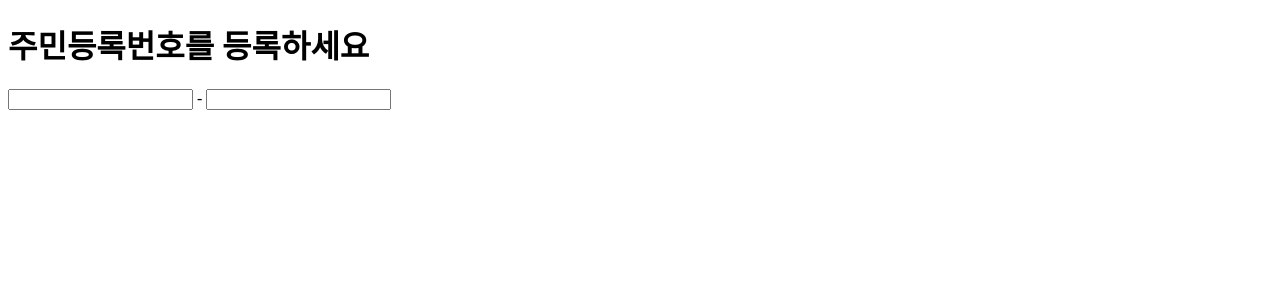
Repository: Jamikidu/newJsp
Page: http://localhost/jspProj/redirectExam/input.jsp
An editor plug-in stored every save of this project. The page is shown before and after the next save, followed by the edit.
The browser window is 1280 px wide. The pictures show the whole page.
The page is served by Tomcat 9. Other server files are loaded and not shown.

Above is the page before, as saved 2023-08-02 02:11:01.

### jspProj/src/main/webapp/redirectExam/input.jsp
<%@ page language="java" contentType="text/html; charset=UTF-8"
    pageEncoding="UTF-8"%>
<!DOCTYPE html>
<html>
<head>
<meta charset="UTF-8">
<title>주민등록번호</title>
</head>
<body>
<h1>주민등록번호를 등록하세요</h1>
<form action="output.jsp" method="post">
<input type="text" name="front"> - <input type="text" name="back">
</form>
</body>
</html>

After the next save:
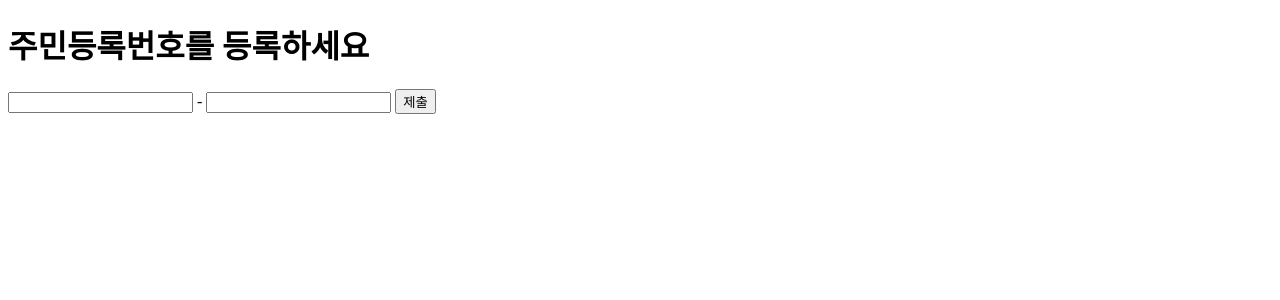
Saved 28 s later.
--- a/jspProj/src/main/webapp/redirectExam/input.jsp
+++ b/jspProj/src/main/webapp/redirectExam/input.jsp
@@ -10,6 +10,7 @@
 <h1>주민등록번호를 등록하세요</h1>
 <form action="output.jsp" method="post">
 <input type="text" name="front"> - <input type="text" name="back">
+<button type="submit">제출</button>
 </form>
 </body>
 </html>
